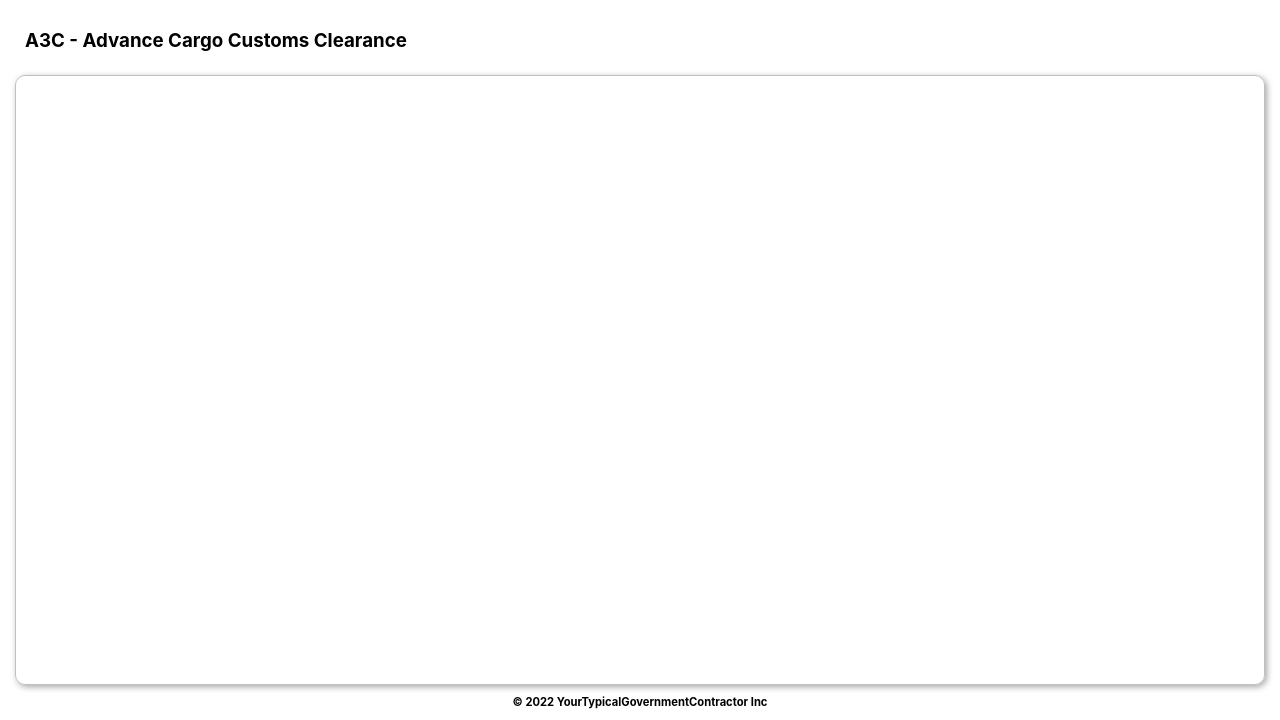
Repository: marlonguerios/onerecord_hackathon_2022
Page: /customs
The author's editor kept a copy of each file at every save. The page is drawn from the files as they stood at one save, then again after the next save.
The browser window is 1280 px wide. The pictures show the whole page.
The project was rebuilt for these pictures with package versions that can differ from the ones it lists, and the page was loaded fresh each time. Also part of the build but not shown: src/Dashboard.js.

Above is the page before, as saved 2022-10-22 20:36:32.

### src/App.js
import logo from './logo.svg';
import './App.css';
import Fetch from './Fetch.js';
import Dashboard from './Dashboard';
import CustomsDashboard from './CustomsDashboard';
import {
  BrowserRouter,
  Routes, // instead of "Switch"
  Route,
} from "react-router-dom";

const datasetId = "TheBackend"

function App() {
  return (
    <Fetch>
      {({ data }) => (
        <>
          <BrowserRouter>
            <Routes>
              <Route key="dashboard" path="/"  element={ <Dashboard data={data} /> } />
              <Route key="customs" path="/customs" element={ <CustomsDashboard data={data} />}  />
            </Routes>
          </BrowserRouter>
        </>
      )}
    </Fetch>
  );
}

export default App;

### src/App.css
html, body {
  height: 100%;
  margin: 0px;
}

#root {
  height: 100%;
}

.App {
  text-align: center;
}

.App-logo {
  height: 40vmin;
  pointer-events: none;
}

@media (prefers-reduced-motion: no-preference) {
  .App-logo {
    animation: App-logo-spin infinite 20s linear;
  }
}

.App-header {
  background-color: #282c34;
  min-height: 100vh;
  display: flex;
  flex-direction: column;
  align-items: center;
  justify-content: center;
  font-size: calc(10px + 2vmin);
  color: white;
}

.App-link {
  color: #61dafb;
}

@keyframes App-logo-spin {
  from {
    transform: rotate(0deg);
  }
  to {
    transform: rotate(360deg);
  }
}

### src/Fetch.js
import React, { Component } from "react";

class Fetch extends Component {

    datalistId = "TheDatabase";

    state = {
        data: []
    }

    storeInitialList() {
        console.log("storing initial list");
        const dataToStore = [
            {
                "@context": {
                    "iata": "https://onerecord.iata.org/"
                },
                "@type": "iata:Booking",
                "iata:bookingOption:bookingStatus": "KK",
                "iata:bookingOption:shipmentSecurityStatus": "SCR",
                "iata:customsInfo:customsInfoNote": "",
                "iata:customsInfo:customsClearanceStatus": "NEW",
                "iata:booking:carrier": {
                    "iata:carrier:airlineCode": "014",
                    "iata:carrier:airlinePrefix": "AC"
                },
                "iata:booking:carrierProductInfo": {
                    "iata:carrierProduct:productCode": "AFR",
                    "iata:carrierProduct:productDescription": "General"
                },
                "iata:booking:consignee": {
                    "iata:country:countryCode": "GB",
                    "iata:address:cityName": "London",
                    "iata:address:postalCode": "TW14 8EO",
                    "iata:address:street": "Logistics Rd.",
                    "iata:company:companyName": "London Logistics Inc",
                },
                "iata:booking:freightForwarder": {
                    "iata:country:countryCode": "CA",
                    "iata:address:cityName": "CALGARY",
                    "iata:address:postalCode": "E1E 4F4",
                    "iata:address:street": "Main St",
                    "iata:company:companyName": "Calgary Logistics Inc",
                },
                "iata:booking:shipper": {
                    "iata:country:countryCode": "CA",
                    "iata:address:cityName": "CALGARY",
                    "iata:address:postalCode": "E1E 4F4",
                    "iata:address:street": "Main St",
                    "iata:company:companyName": "Calgary Logistics Inc",
                },
                "iata:booking:price": {
                    "iata:price:grandTotal": 551.0
                },
                "iata:booking:shipmentDetails": {
                    "iata:piece:goodsDescription": "Hackathon Jackets",
                    "iata:volumetricWeight:chargeableWeight": {
                        "iata:value:unit": "KG",
                        "iata:value:value": 210.0
                    },
                    "iata:shipment:totalGrossWeight": {
                        "iata:value:unit": "KG",
                        "iata:value:value": 210.0
                    },
                    "iata:shipment:totalPieceCount": "1"
                },
                "iata:booking:transportMovement": {
                    "iata:bookingSegment:preferredTransportId": "AC851",
                    "iata:movementTimes:movementTimestamp": "2022-10-22 20:15:00",
                    "iata:transportMovement:arrivalLocation": {
                        "iata:location:code": "LHR",
                        "iata:country:countryCode": "GB",
                    },
                    "iata:transportMovement:departureLocation": {
                        "iata:location:code": "YYC",
                        "iata:country:countryCode": "CA",
                    }
                },
                "iata:booking:waybillNumber": {
                    "iata:waybill:waybillNumber": "01465614382"
                }
            },
            {
                "@context": {
                    "iata": "https://onerecord.iata.org/"
                },
                "@type": "iata:Booking",
                "iata:bookingOption:bookingStatus": "KK",
                "iata:bookingOption:shipmentSecurityStatus": "SCR",
                "iata:customsInfo:customsInfoNote": "",
                "iata:customsInfo:customsClearanceStatus": "NEW",
                "iata:booking:carrier": {
                    "iata:carrier:airlineCode": "014",
                    "iata:carrier:airlinePrefix": "AC"
                },
                "iata:booking:carrierProductInfo": {
                    "iata:carrierProduct:productCode": "AFR",
                    "iata:carrierProduct:productDescription": "General"
                },
                "iata:booking:consignee": {
                    "iata:country:countryCode": "DE",
                    "iata:address:cityName": "Frankfurt",
                    "iata:address:postalCode": "78748",
                    "iata:address:street": "Logisticstrasse 89",
                    "iata:company:companyName": "Fra Logistics GmbH",
                },
                "iata:booking:freightForwarder": {
                    "iata:country:countryCode": "CA",
                    "iata:address:cityName": "Toronto",
                    "iata:address:postalCode": "E1E 4F4",
                    "iata:address:street": "Main St",
                    "iata:company:companyName": "Toronto Logistics Inc",
                },
                "iata:booking:shipper": {
                    "iata:country:countryCode": "CA",
                    "iata:address:cityName": "Toronto",
                    "iata:address:postalCode": "E1E 4F4",
                    "iata:address:street": "Main St",
                    "iata:company:companyName": "Toronto Logistics Inc",
                },
                "iata:booking:price": {
                    "iata:price:grandTotal": 819.0
                },
                "iata:booking:shipmentDetails": {
                    "iata:piece:goodsDescription": "Hackathon Props",
                    "iata:volumetricWeight:chargeableWeight": {
                        "iata:value:unit": "KG",
                        "iata:value:value": 320.0
                    },
                    "iata:shipment:totalGrossWeight": {
                        "iata:value:unit": "KG",
                        "iata:value:value": 280.0
                    },
                    "iata:shipment:totalPieceCount": "1"
                },
                "iata:booking:transportMovement": {
                    "iata:bookingSegment:preferredTransportId": "AC863",
                    "iata:movementTimes:movementTimestamp": "2022-10-22 20:15:00",
                    "iata:transportMovement:arrivalLocation": {
                        "iata:location:code": "FRA",
                        "iata:country:countryCode": "DE",
                    },
                    "iata:transportMovement:departureLocation": {
                        "iata:location:code": "YYZ",
                        "iata:country:countryCode": "CA",
                    }
                },
                "iata:booking:waybillNumber": {
                    "iata:waybill:waybillNumber": "01465938082"
                }
            }
        ]
        localStorage.setItem(this.datalistId, JSON.stringify(dataToStore));
        console.log("data stored!");
    }

    componentDidMount() {
        let datalist = localStorage.getItem(this.datalistId);
        if (datalist == null) {
            // save initial list
            this.storeInitialList();
            datalist = localStorage.getItem(this.datalistId);
        } else {
            console.log("Loading pre-existing data");
        }
        let bookings = JSON.parse(datalist);
        // console.log(bookings);
        this.setState({ loading: false, data: bookings })
    }

    render() {
        return this.props.children(this.state);
    }

}

export default Fetch;

### src/CustomsDashboard.js
import React, { Component } from "react";
import './Customs.css';
import CustomsHeader from "./CustomsHeader";
import CustomsContent from "./CustomsContent";

class CustomsDashboard extends Component {

    datalistId = "TheDatabase";
    constructor(props) {
        super(props)
        this.localStorageUpdated = this.localStorageUpdated.bind(this)
        this.state = {
            bookings: this.props.data
        }
    }

    componentDidMount() {
        window.addEventListener('storage', this.localStorageUpdated)
    }

    localStorageUpdated() {
        let datalist = localStorage.getItem(this.datalistId);
        let bookings =  JSON.parse(datalist);
        setTimeout(function () {
            this.setState({ bookings: bookings })
          }.bind(this), 1000)
    }

    render() {
        return <div className="customs-page">
            <CustomsHeader />
            <CustomsContent bookings={ this.state.bookings } />
            <footer id="customs-footer">&copy; 2022 YourTypicalGovernmentContractor Inc</footer>
        </div>
    }

}

export default CustomsDashboard

### src/Customs.css
.customs-page {
    display: grid;
    height: 100%;
    grid-template-rows: 75px 1fr 25px;
    grid-template-areas:
        "customsHeader"
        "customsContent"
        "customsFooter";
}

#customs-header {
    grid-area: customsHeader;
    margin-inline-start: 15px;
    margin-inline-end: 15px;
    padding: 10px;
}

#customs-content {
    grid-area: customsContent;
    display: flex;
    flex-direction: column;
}

#customs-footer {
    grid-area: customsFooter;
    font-size: 0.7rem;
    width: 100%;
    text-align: center;
    color: hsl(0, 0, 75);
    font-weight: bold;
}


.customs-content-table {
    border: 1px silver solid;
    border-radius: 10px;
    margin-inline-start: 15px;
    margin-inline-end: 15px;
    padding: 10px;
    box-shadow: 2px 2px 6px 0px rgba(0, 0, 0, 0.35);
    -webkit-box-shadow: 2px 2px 6px 0px rgba(0, 0, 0, 0.35);
    -moz-box-shadow: 2px 2px 6px 0px rgba(0, 0, 0, 0.35);
    flex-grow: 2;
    margin-block-end: 10px;
}

.customs-header-text {
    text-transform: capitalize;
}

### src/CustomsHeader.js
import React, { Component } from "react";
import customsStyles from './Customs.css';

class CustomsHeader extends Component {
    render() {
        return <div id="customs-header">
            <h3 className="customs-header-text">A3C - Advance Cargo Customs Clearance </h3>
        </div>
    }
}

export default CustomsHeader;

### src/CustomsContent.js
import React, { Component } from "react";
import './Customs.css';

class CustomsContent extends Component {
    constructor(props) {
        super(props)
        this.state = {
            bookings: this.props.bookings
        }
    }
    render() {
        return <div id="customs-content">
            <div className="customs-content-table">
                {this.state.bookings.map((awb) => {
                    return <div key={awb["iata:booking:waybillNumber"]["iata:waybill:waybillNumber"]}>
                        {awb["iata:booking:waybillNumber"]["iata:waybill:waybillNumber"]}
                        &nbsp;{awb["iata:bookingOption:bookingStatus"]}
                    </div>
                })}
            </div>
        </div>
    }
}

export default CustomsContent;

Loaded but not shown: public/index.html (common file); src/index.js (common file); src/index.css (common file); src/reportWebVitals.js (common file)

After the next save:
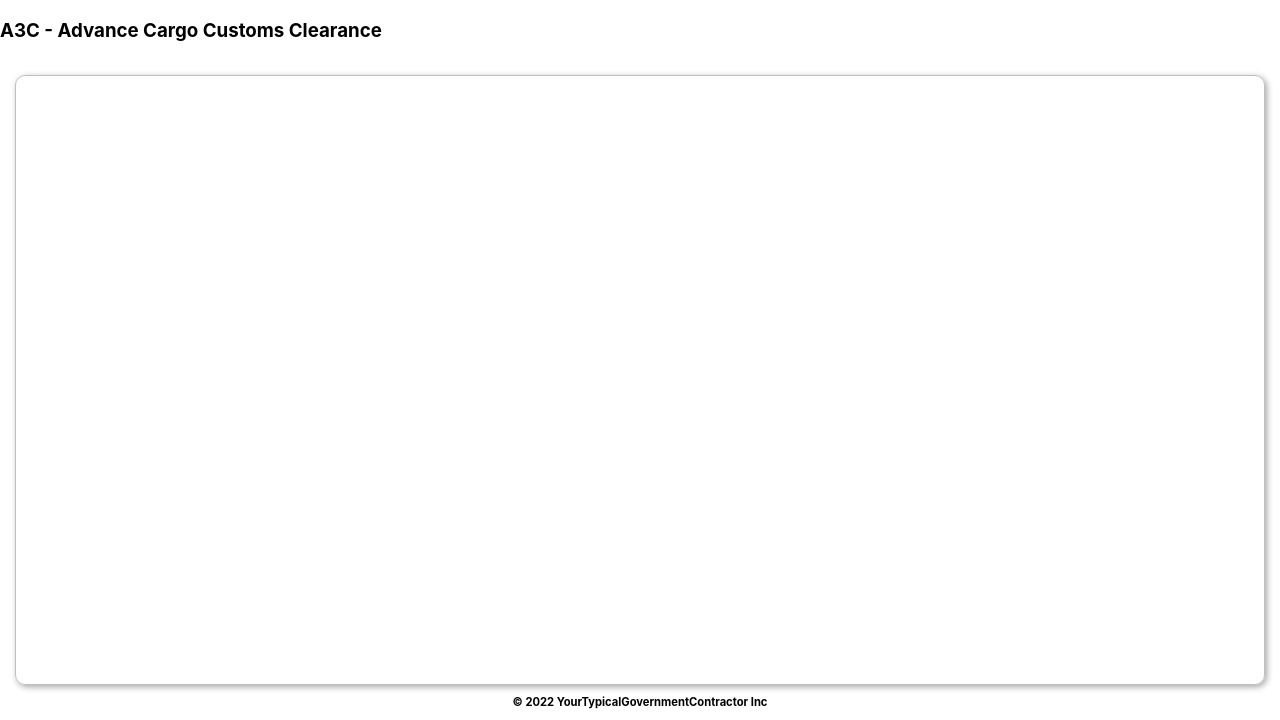
Saved 30 s later.
--- a/src/CustomsHeader.js
+++ b/src/CustomsHeader.js
@@ -3,7 +3,7 @@
 
 class CustomsHeader extends Component {
     render() {
-        return <div id="customs-header">
+        return <div id={customsStyles.customsHeader}>
             <h3 className="customs-header-text">A3C - Advance Cargo Customs Clearance </h3>
         </div>
     }

After the save that followed:
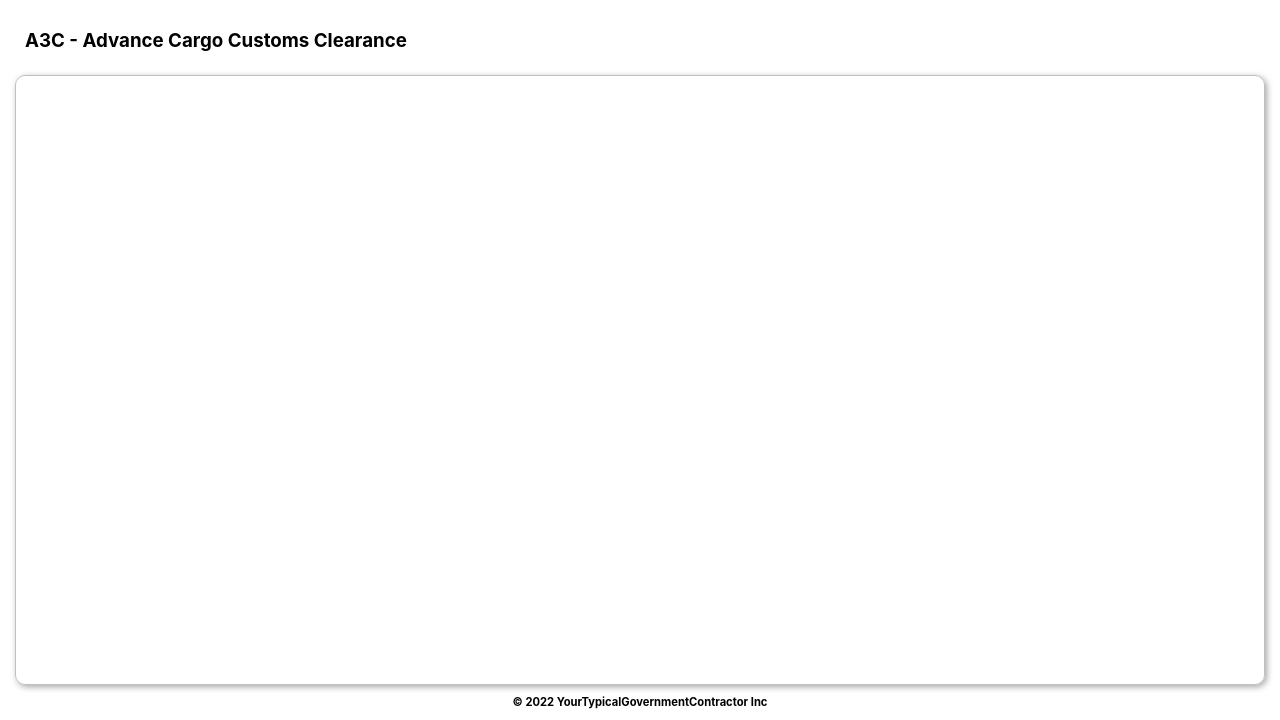
Saved 14 s later.
--- a/src/CustomsHeader.js
+++ b/src/CustomsHeader.js
@@ -3,7 +3,7 @@
 
 class CustomsHeader extends Component {
     render() {
-        return <div id={customsStyles.customsHeader}>
+        return <div id="customs-header">
             <h3 className="customs-header-text">A3C - Advance Cargo Customs Clearance </h3>
         </div>
     }
